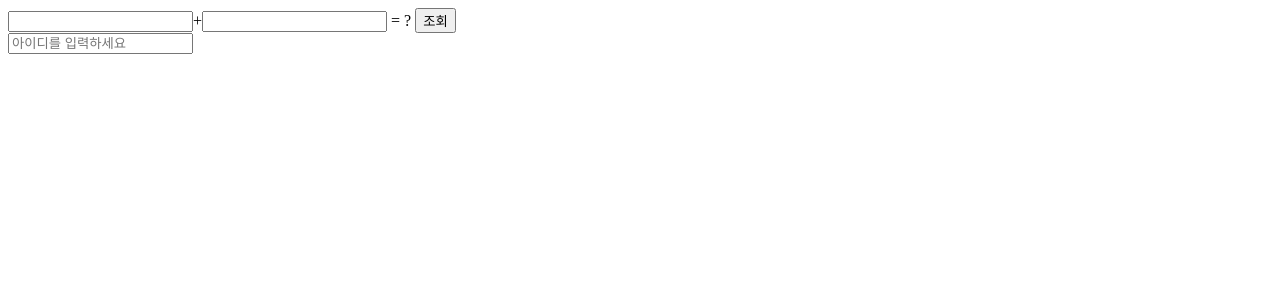
Repository: yyy5044/BackendPractice
Page: BE_01/src/main/webapp/index.html
These files come from the project's save history. The page is drawn as it stood at one moment and after a run of saves; the edit follows.
The browser window is 1280 px wide. The pictures show the whole page.

Above is the page before, as saved 2026-04-20 08:01:35.

### BE_01/src/main/webapp/index.html
<!DOCTYPE html>
<html>
<head>
<meta charset="UTF-8">
<title>Insert title here</title>
</head>
<body>
	<form action="/BE_01/add">
		<input type="number" name="num1">+<input type="number" name="num2"> = ?
		<button type="submit">조회</button>
	</form>
	<form action="/BE_01/login" method="post">
		<input type="text" placeholder="아이디를 입력하세요" name="id" />
	</form>
</body>
</html>

After the next 2 saves:
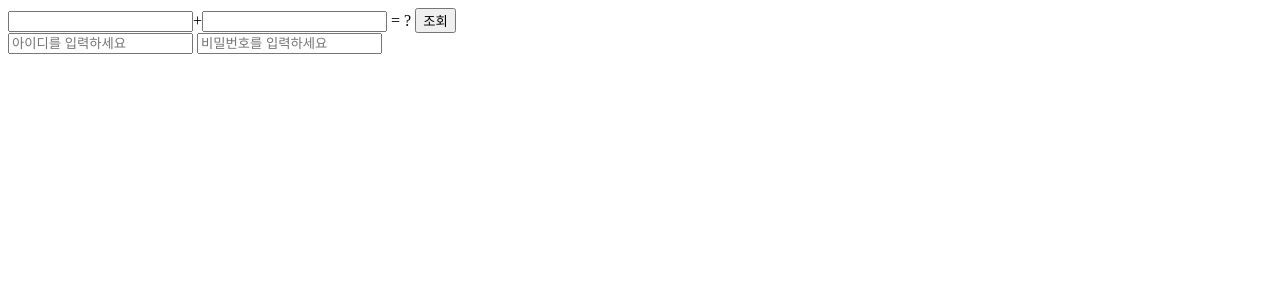
The 2 saves are shown as one change because they came seconds apart.
The last was saved 26 s later.
--- a/BE_01/src/main/webapp/index.html
+++ b/BE_01/src/main/webapp/index.html
@@ -11,6 +11,7 @@
 	</form>
 	<form action="/BE_01/login" method="post">
 		<input type="text" placeholder="아이디를 입력하세요" name="id" />
+		<input type="password" placeholder="비밀번호를 입력하세요" name="pass" />
 	</form>
 </body>
 </html>
